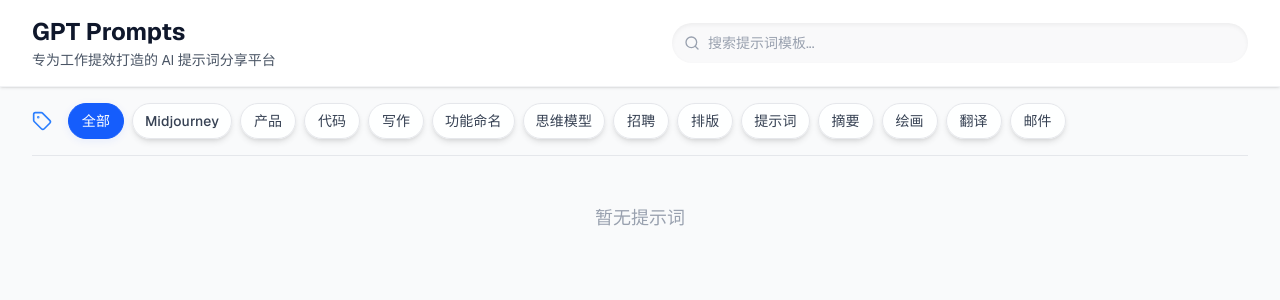
Repository: SweetPomelo0/GPT_Prompts
Page: /
An editor plug-in stored every save of this project. The page is shown before and after the next save, followed by the edit.
The browser window is 1280 px wide. The pictures show the whole page.
The page's requests for data from a server got no answer. The project was rebuilt for these pictures with package versions that can differ from the ones it lists, and the page was loaded fresh each time. The framework's server and built-in components were replaced by stand-ins that run in the browser. No one was signed in, and anything a server would have sent is missing. Also part of the build but not shown: next.config.ts, src/components/PromptCard.tsx, src/components/PromptModal.tsx.

Above is the page before, as saved 2025-07-27 23:04:59.

After the next save:
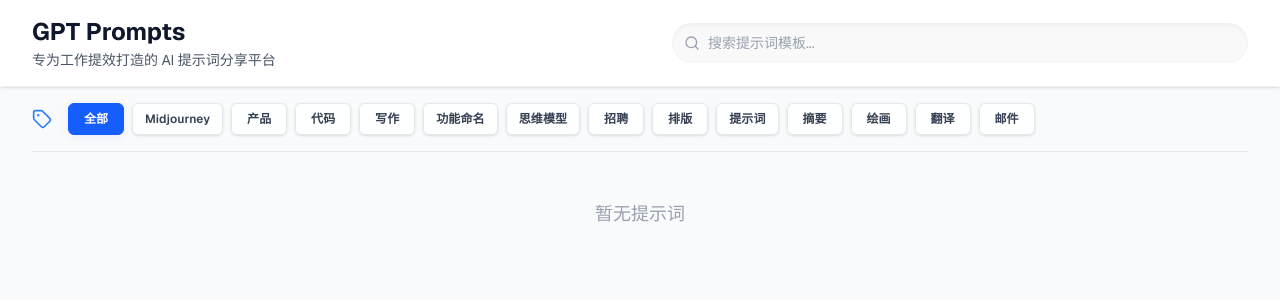
Saved 4 s later.
--- a/src/components/CategoryNav.tsx
+++ b/src/components/CategoryNav.tsx
@@ -20,7 +20,7 @@ export default function CategoryNav({ categories, activeCategory, onCategoryChan
               <button
                 key={category.id}
                 onClick={() => onCategoryChange(category.id)}
-                className={`group h-9 text-sm rounded-full border font-medium transition-all duration-300 whitespace-nowrap shadow-md hover:shadow-lg focus:outline-none focus:ring-2 focus:ring-blue-300 focus:ring-offset-2 flex items-center justify-center px-4 ${
+                className={`group h-8 text-xs rounded-md border font-semibold transition-all duration-200 whitespace-nowrap shadow-sm focus:outline-none focus:ring-2 focus:ring-blue-200 focus:ring-offset-2 flex items-center justify-center ${
                   activeCategory === category.id
                     ? 'bg-blue-600 text-white border-blue-600 shadow-md'
                     : 'bg-white/90 text-gray-700 border-gray-200 hover:text-blue-600 hover:border-blue-600 hover:bg-blue-50'
